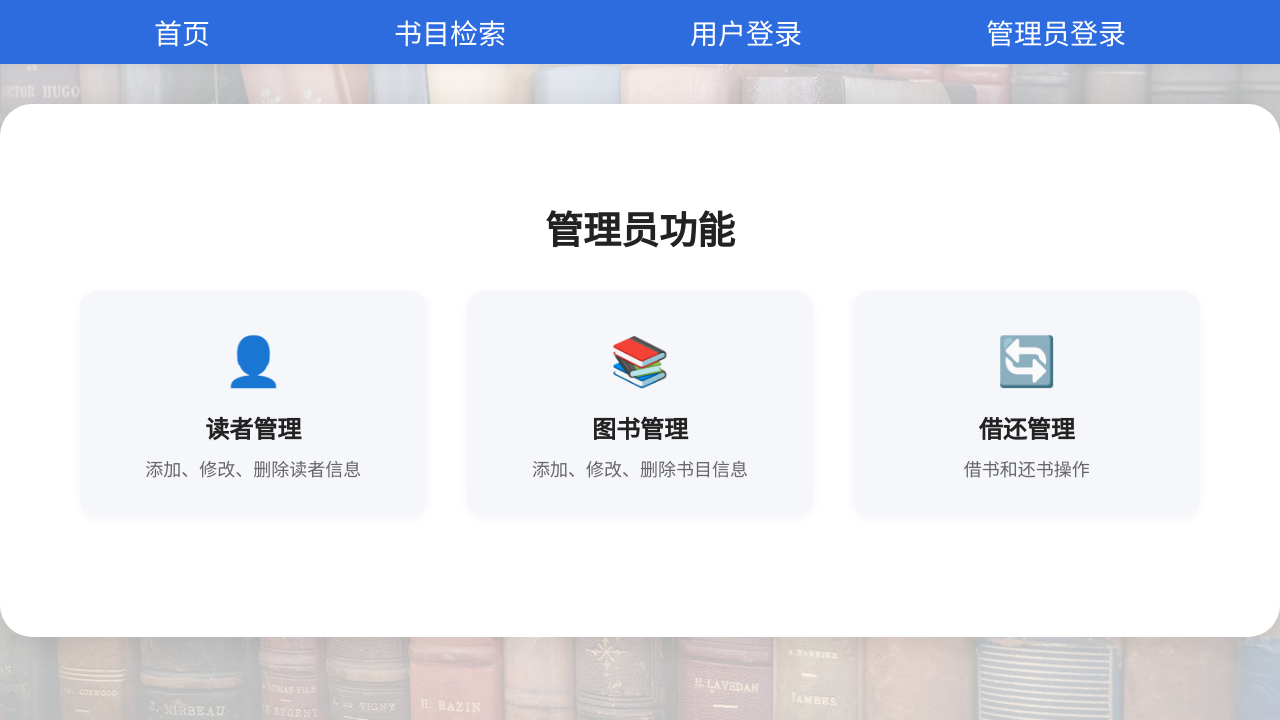
Repository: MercuryRandom/Library-Resource-Management-System
Page: /admin (app in frontend/)
The author's editor kept a copy of each file at every save. The page is drawn from the files as they stood at one save, then again after the next save.
The browser window is 1280 px wide. The pictures show the whole page.
The project was rebuilt for these pictures with package versions that can differ from the ones it lists, and the page was loaded fresh each time. Also part of the build but not shown: frontend/vite.config.js, frontend/src/pages/HomePage.jsx, frontend/src/pages/SearchPage.jsx, frontend/src/pages/LoginPage.jsx, frontend/src/pages/RegisterPage.jsx, frontend/src/pages/AdminLoginPage.jsx, frontend/src/pages/admin/ReaderManagementPage.jsx, frontend/src/pages/admin/BookManagementPage.jsx and 1 more.

Above is the page before, as saved 2025-06-25 21:19:22.

After the next save:
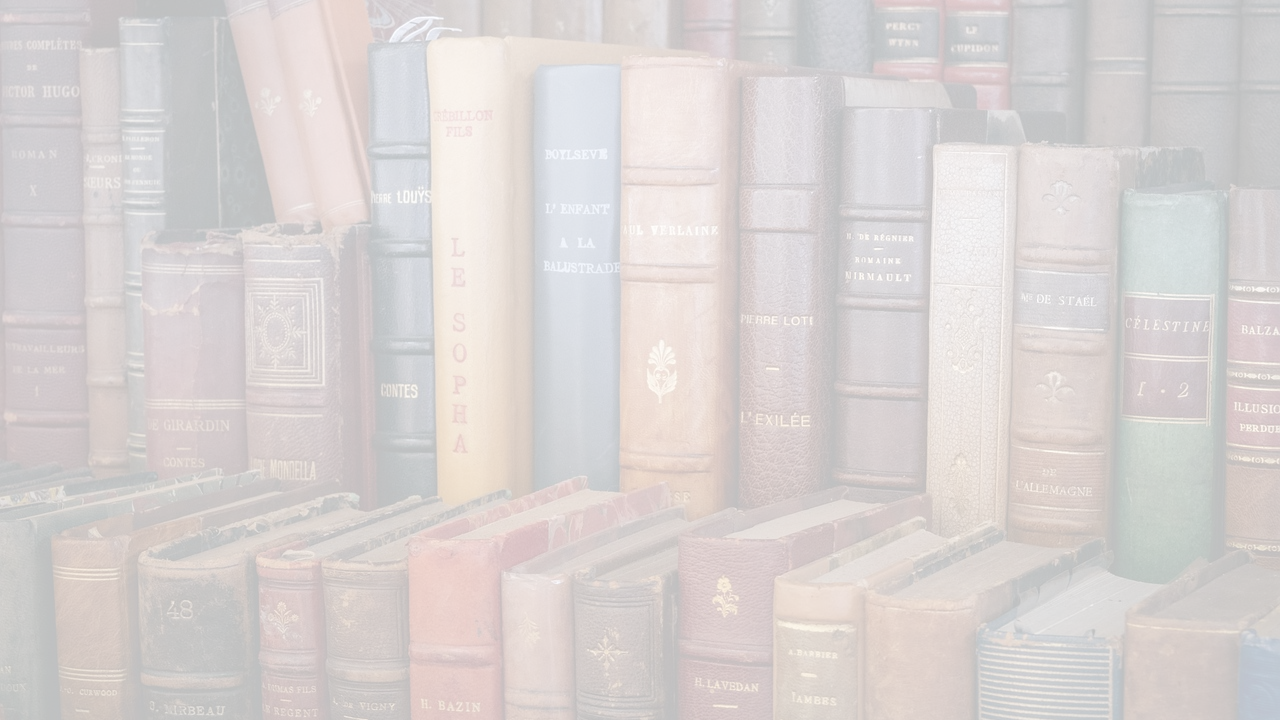
Console error: ReferenceError: featureContent is not defined
Saved 43 s later.
--- a/frontend/src/pages/AdminPage.jsx
+++ b/frontend/src/pages/AdminPage.jsx
@@ -1,31 +1,39 @@
-import React from 'react';
+import React, { useState } from 'react';
 import { useNavigate, Outlet } from 'react-router-dom';
 
 const adminFeatures = [
-  { path: 'readers', title: '读者管理', desc: '添加、修改、删除读者信息', icon: '👤' },
-  { path: 'books', title: '图书管理', desc: '添加、修改、删除书目信息', icon: '📚' },
-  { path: 'borrowing', title: '借还管理', desc: '借书和还书操作', icon: '🔄' },
+  { key: 'readers', path: 'readers', title: '读者管理', desc: '添加、修改、删除读者信息', icon: '👤' },
+  { key: 'books', path: 'books', title: '图书管理', desc: '添加、修改、删除书目信息', icon: '📚' },
+  { key: 'borrowing', path: 'borrowing', title: '借还管理', desc: '借书和还书操作', icon: '🔄' },
 ];
 
+// const featureContent = {
+//   readers: <div style={{ fontSize: 24, marginTop: 24 }}>这里是读者管理功能（示例内容）。</div>,
+//   books: <div style={{ fontSize: 24, marginTop: 24 }}>这里是图书管理功能（示例内容）。</div>,
+//   borrowing: <div style={{ fontSize: 24, marginTop: 24 }}>这里是借还管理功能（示例内容）。</div>,
+// };
+
 const AdminPage = () => {
+  const [selected, setSelected] = useState('readers');
   const navigate = useNavigate();
   return (
     <div>
-      <h2 style={{ fontSize: 38, marginBottom: 36, textAlign: 'center' }}>管理员功能</h2>
+      <h2 style={{ fontSize: 44, marginBottom: 36, textAlign: 'center' }}>管理员功能</h2>
       <div style={{ display: 'flex', justifyContent: 'space-between', gap: 40, marginBottom: 40 }}>
         {adminFeatures.map(f => (
           <div
-            key={f.path}
+            key={f.key}
             className="card-hover"
-            style={{ flex: 1, background: '#f5f7fb', borderRadius: 18, boxShadow: '0 2px 12px rgba(0,0,0,0.04)', padding: '36px 18px', textAlign: 'center', minWidth: 180, cursor: 'pointer' }}
-            onClick={() => navigate(f.path)}
+            style={{ flex: 1, background: selected === f.key ? '#e3eafc' : '#f5f7fb', borderRadius: 18, boxShadow: '0 2px 12px rgba(0,0,0,0.04)', padding: '48px 18px', textAlign: 'center', minWidth: 180, cursor: 'pointer', fontSize: 28, border: selected === f.key ? '2.5px solid #2d6cdf' : '2.5px solid transparent', fontWeight: 600, transition: 'all 0.2s' }}
+            onClick={() => { setSelected(f.key); navigate(f.path); }}
           >
-            <div style={{ fontSize: 48, marginBottom: 18 }}>{f.icon}</div>
-            <div style={{ fontSize: 24, fontWeight: 600, marginBottom: 10 }}>{f.title}</div>
-            <div style={{ color: '#666', fontSize: 18 }}>{f.desc}</div>
+            <div style={{ fontSize: 60, marginBottom: 22 }}>{f.icon}</div>
+            <div style={{ fontSize: 30, fontWeight: 700, marginBottom: 16 }}>{f.title}</div>
+            <div style={{ color: '#666', fontSize: 22 }}>{f.desc}</div>
           </div>
         ))}
       </div>
+      <div>{featureContent[selected]}</div>
       <div style={{ marginTop: 40 }}>
         <Outlet />
       </div>
